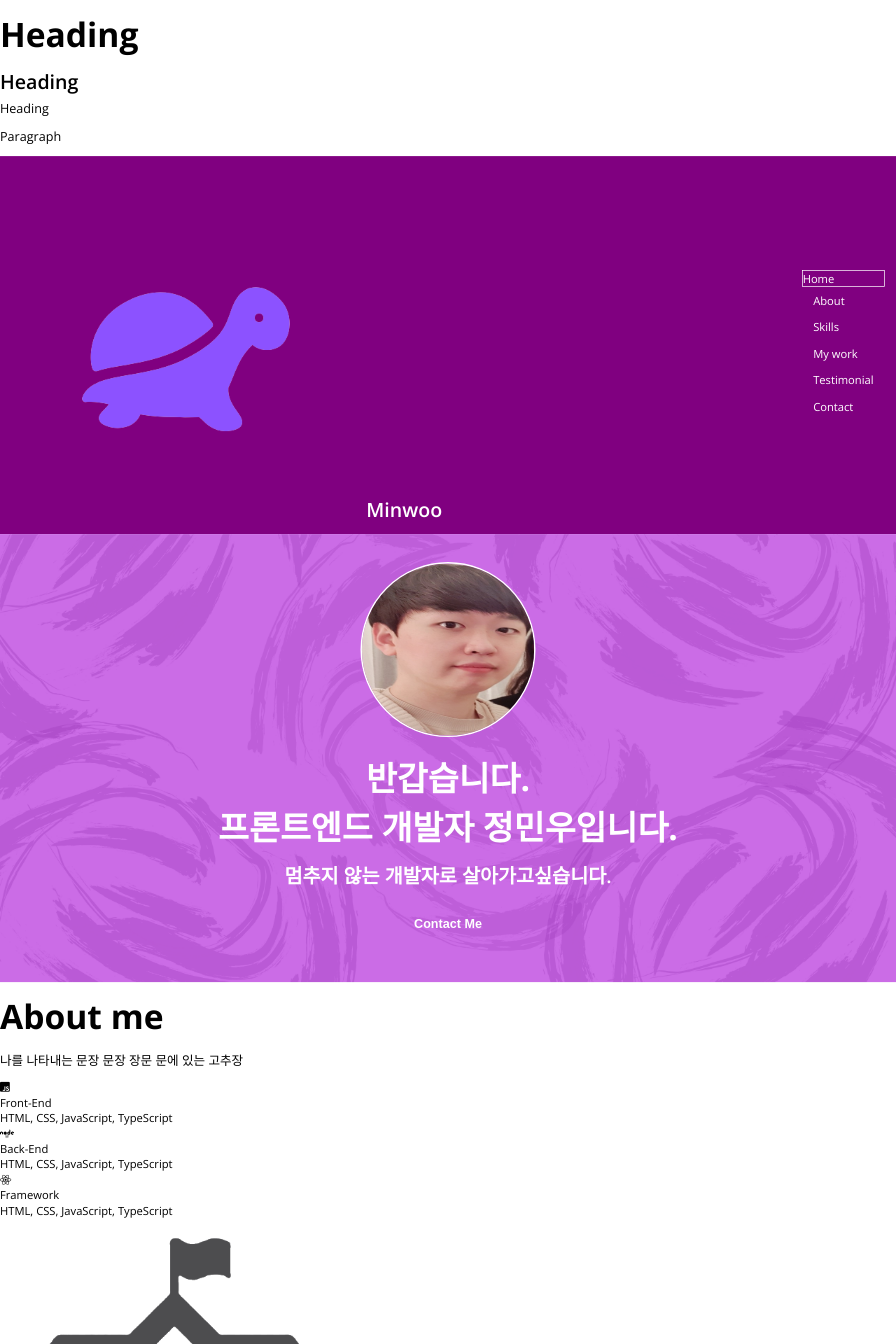
Repository: DevMinwoo-Jung/MinwooPortfolio
Page: index.html
The author's editor kept a copy of each file at every save. The page is drawn from the files as they stood at one save, then again after the next save.
The browser window is 1280 px wide. The pictures show the part of the page from y = 0 to 1920 px (the page is 7066 px tall before and 7614 px after), at 70% of full size.

Above is the page before, as saved 2021-05-31 14:30:56.

After the next save:
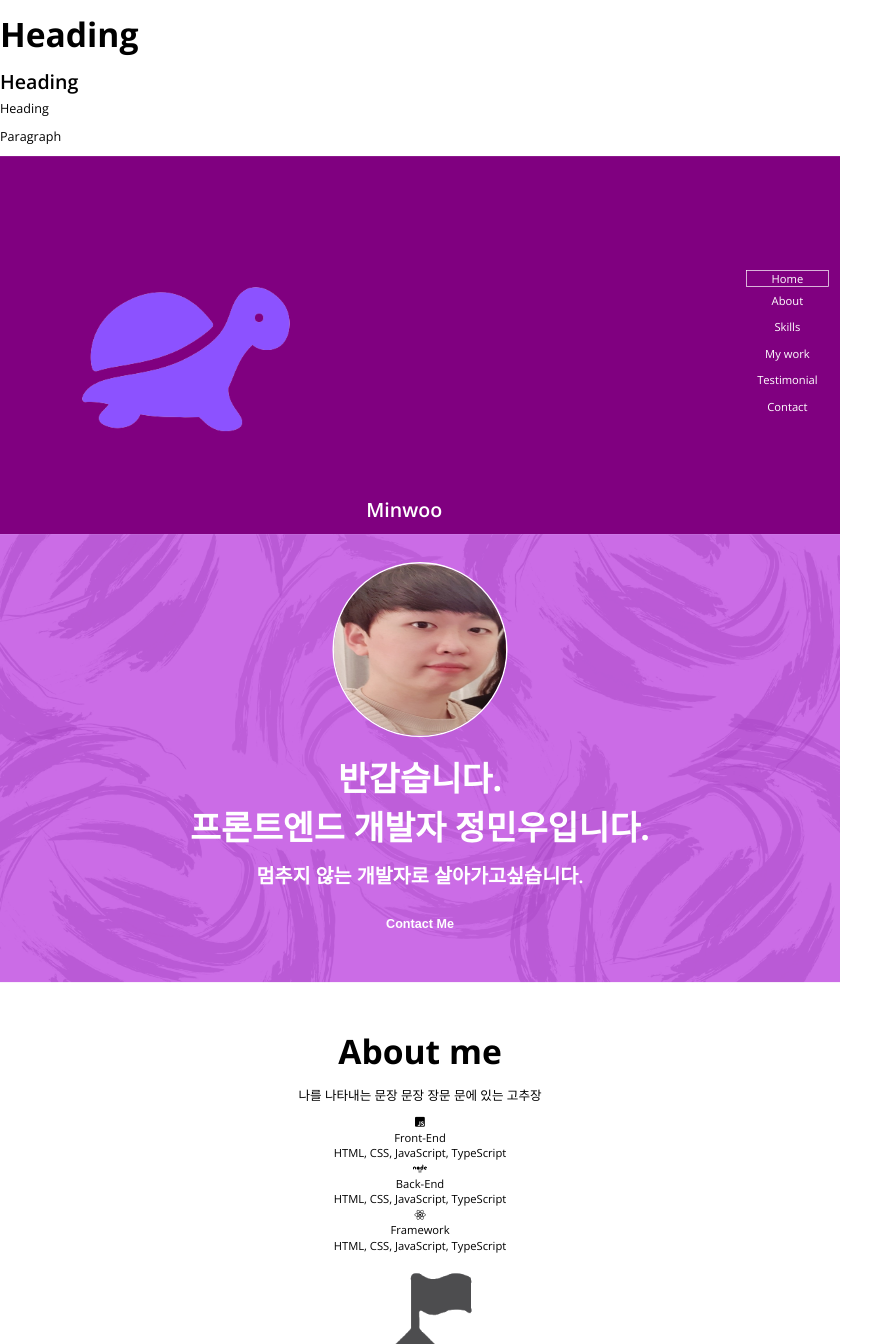
Saved 51 s later.
--- a/style.css
+++ b/style.css
@@ -154,3 +154,10 @@ button {
   border: 2px solid (var(--color-white));
   border-radius: var(--size-border-radius);
 }
+
+/* Section common */
+.section {
+  padding: 50px;
+  text-align: center;
+  max-width: 1200px;
+}
